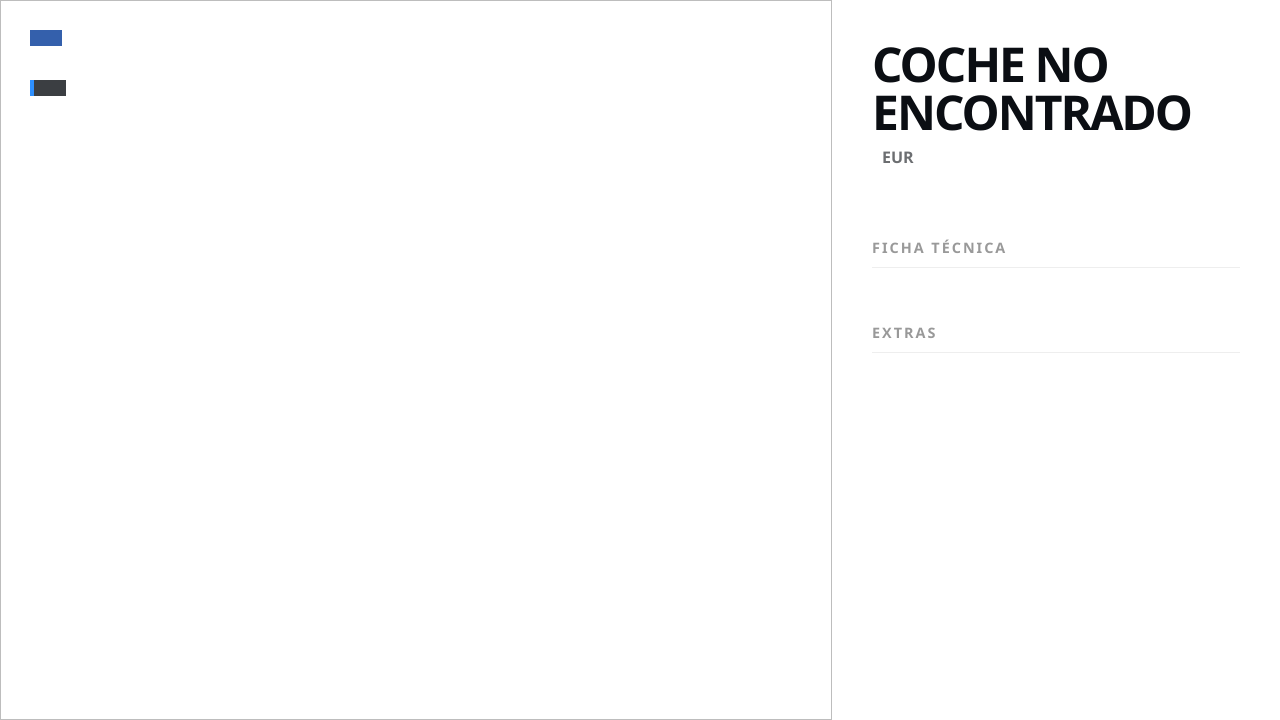
Repository: ikcpt/404-rpm
Page: dev/frontend/base.html
An editor plug-in stored every save of this project. The page is shown before and after the next save, followed by the edit.
The browser window is 1280 px wide. The pictures show the whole page.

Above is the page before, as saved 2026-01-28 08:51:12.

After the next save:
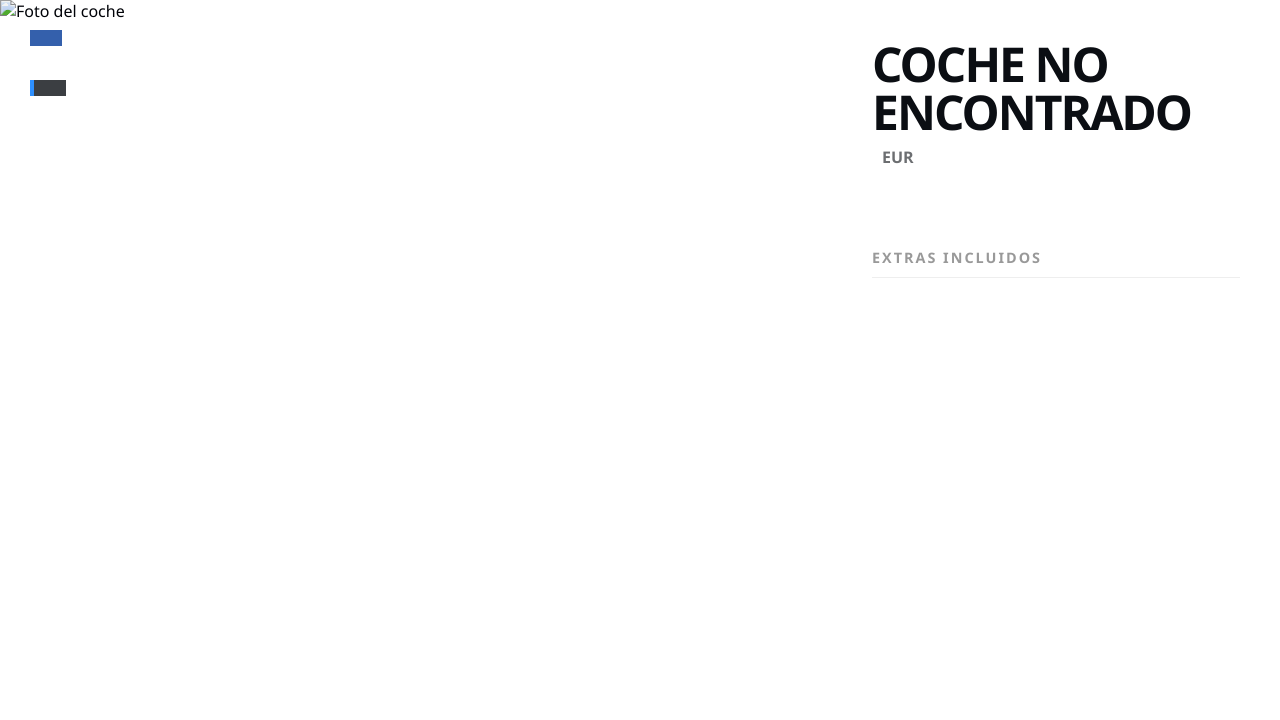
Saved 4 min 31 s later.
--- a/dev/frontend/base.html
+++ b/dev/frontend/base.html
@@ -2,26 +2,29 @@
 <html lang="es">
   <head>
     <meta charset="UTF-8" />
+    <meta name="viewport" content="width=device-width, initial-scale=1.0">
     <title>Ficha del coche</title>
     <link rel="stylesheet" href="css/ficha.css" />
+    <script src="https://code.jquery.com/jquery-3.7.1.min.js"></script>
+    <script src="https://code.jquery.com/ui/1.13.2/jquery-ui.min.js"></script>
   </head>
   <body>
     <main class="ficha">
-      <h1 id="nombre"></h1>
-
-      <img id="img" />
-
+      <img id="img" alt="Foto del coche" />
       <div id="marca"></div>
       <div id="tipo"></div>
-      <div id="precio"></div>
 
-      <p id="descripcion"></p>
+      <div class="contenido-derecha">
+        <h1 id="nombre">Cargando...</h1>
+        <div id="precio"></div>
 
-      <h3>Ficha técnica</h3>
-      <div id="ficha"></div>
+        <p id="descripcion"></p>
 
-      <h3>Extras</h3>
-      <ul id="extras"></ul>
+        <div id="ficha"></div>
+
+        <h3>Extras incluidos</h3>
+        <ul id="extras"></ul>
+      </div>
     </main>
 
     <script src="ficha.js"></script>
